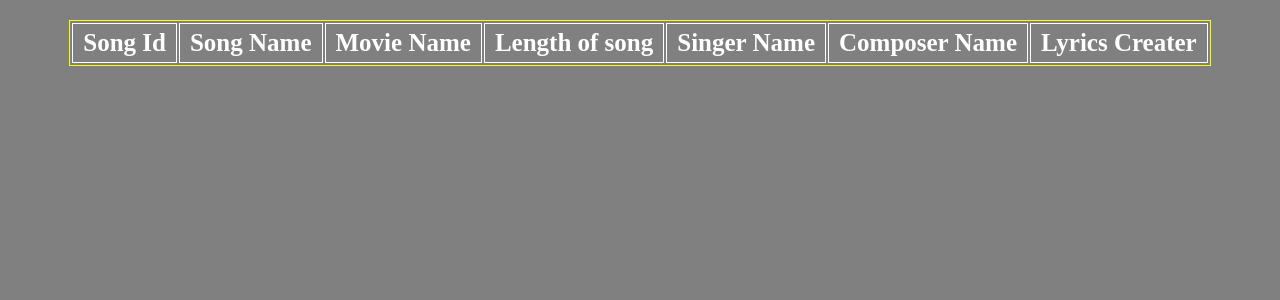
Repository: vishaltawar/J2EE-WEJE-2
Page: http://localhost/musicjsp/ViewSong.jsp
These files come from the project's save history. The page is drawn as it stood at one moment and after the next save; the edit follows.
The browser window is 1280 px wide. The pictures show the whole page.
The page is served by Tomcat 9. Queries for data that is not in the repository find no rows.

Above is the page before, as saved 2022-12-18 16:46:06.

After the next save:
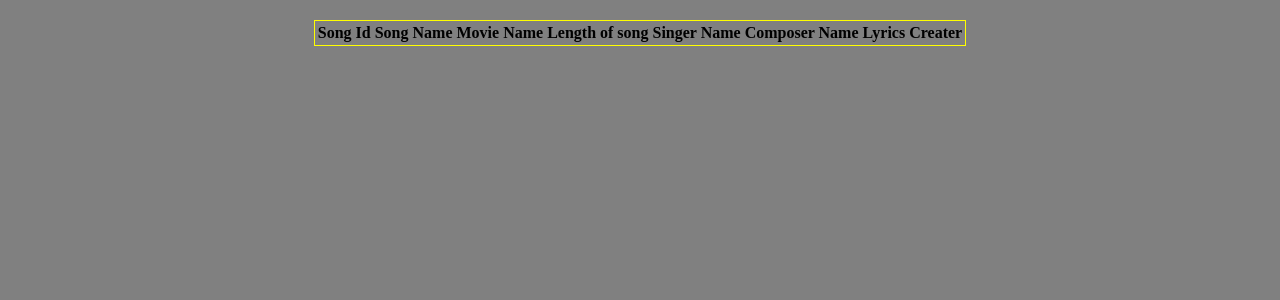
Saved 2 min 17 s later.
--- a/musicjsp/src/main/webapp/ViewSong.jsp
+++ b/musicjsp/src/main/webapp/ViewSong.jsp
@@ -27,7 +27,7 @@
 table{
 margin: 20px auto;
 }
-th{
+td{
 border: 1px solid;
 color: white;
 font-size:25px;

After the save that followed:
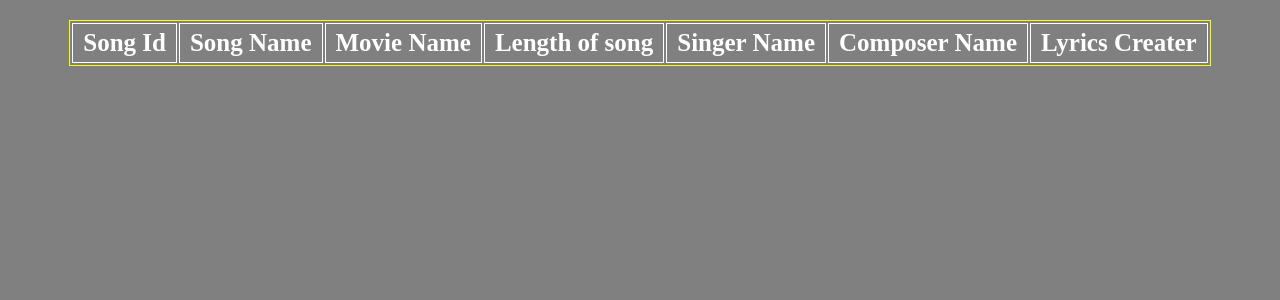
Saved 57 s later.
--- a/musicjsp/src/main/webapp/ViewSong.jsp
+++ b/musicjsp/src/main/webapp/ViewSong.jsp
@@ -27,7 +27,7 @@
 table{
 margin: 20px auto;
 }
-td{
+th{
 border: 1px solid;
 color: white;
 font-size:25px;
